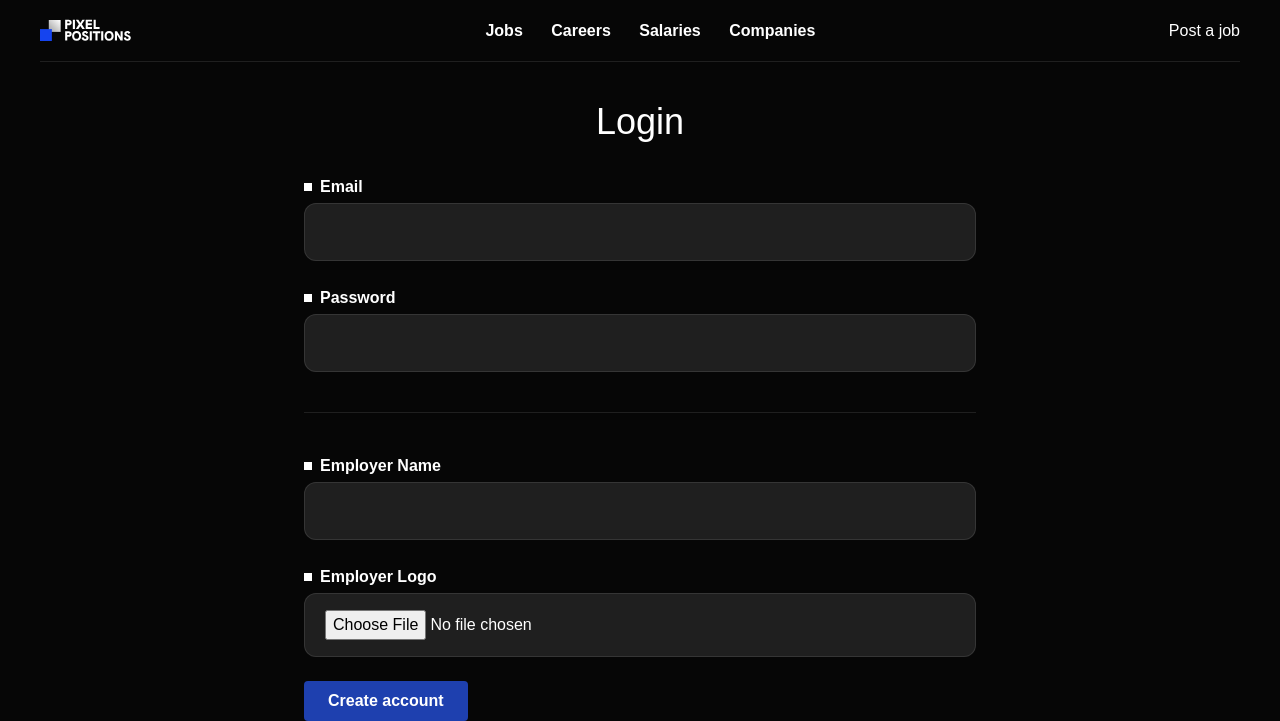
Repository: aggepap/pixel-positions-laravel
Page: http://localhost/login
The author's editor kept a copy of each file at every save. The page is drawn from the files as they stood at one save, then again after the next save.
The browser window is 1280 px wide. The pictures show the whole page.
Some web fonts or font styles are not loaded; a fallback is used. The page is served by the project's Laravel application, run on PHP 8.4 with Laravel 12. Other server files are loaded and not shown. Style sheets and scripts are compiled from the project's sources, by tool versions that may differ from the author's.

Above is the page before, as saved 2025-02-22 21:33:24.

### routes/web.php
<?php

use App\Http\Controllers\AuthenticatedSessionController;
use App\Http\Controllers\JobController;
use App\Http\Controllers\RegisteredUserController;
use Illuminate\Support\Facades\Route;

Route::get('/', [JobController::class, 'index'])->name('home');
Route::get('/register', [RegisteredUserController::class, 'create']);
Route::post('/register', [RegisteredUserController::class, 'store']);

Route::get('/login', [AuthenticatedSessionController::class, 'create']);
Route::post('/login', [AuthenticatedSessionController::class, 'store']);
Route::delete('/logout', [AuthenticatedSessionController::class, 'destroy']);

### app/Http/Controllers/AuthenticatedSessionController.php
<?php

namespace App\Http\Controllers;

use Illuminate\Http\Request;

class AuthenticatedSessionController extends Controller
{
    public function create()
    {
        return view('auth.login');
    }
    public function store(Request $request)
    {
        $credentials = $request->validate([
            'email' => 'required|string|email',
            'password' => 'required|string',
        ]);
        if (auth()->attempt($credentials)) {
            $request->session()->regenerate();
            return redirect('/');
        }
        return back()->withErrors([
            'email' => 'The provided credentials do not match our records.',
        ]);
    }
    public function destroy(Request $request)
    {
        auth()->logout();
        $request->session()->invalidate();
        $request->session()->regenerateToken();
        return redirect('/');
    }
}

### resources/views/auth/login.blade.php
<x-layout>
  <x-page-heading>Login</x-page-heading>

  <x-forms.form method="POST" action="/login">

    <x-forms.input label="Email" type="email" name="email" />
    <x-forms.input label="Password" type="password" name="password" />


    <x-forms.divider />

    <x-forms.input label="Employer Name" type="text" name="employer" />
    <x-forms.input label="Employer Logo" type="file" name="logo" />
    <x-forms.button>Create account</x-forms.button>
  </x-form.form>
    </x-layout>

### resources/views/components/page-heading.blade.php

<h1 class="font-bold, text-center text-4xl mb-8">{{$slot}}</h1>

### resources/views/components/forms/label.blade.php
@props(['name', 'label'])

<div class="inline-flex items-center gap-2">
    <span class="w-2 h-2 bg-white inline-block"></span>
    <label class="font-bold" for="{{ $name }}">{{ $label }}</label>
</div>

### resources/views/components/forms/button.blade.php
<button {{ $attributes(['class' => 'bg-blue-800 rounded py-2 px-6 font-bold']) }}>{{ $slot }}</button>

### resources/views/components/layout.blade.php
<!DOCTYPE html>
<html lang="en">
<head>
  <meta charset="UTF-8">
  <meta name="viewport" content="width=device-width, initial-scale=1.0">
  <title>Pixel Positions</title>
  <link rel="preconnect" href="https://fonts.googleapis.com">
<link rel="preconnect" href="https://fonts.gstatic.com" crossorigin>
<link href="https://fonts.googleapis.com/css2?family=Hanken+Grotesk:ital,wght@400;500;600&display=swap" rel="stylesheet">
  @vite(['resources/js/app.js', 'resources/css/app.css'])
</head>
<body class="bg-black text-white font-hanken">
  <div class="px-10">
    <nav class="flex justify-between items-center py-4 border-b border-white/10">
      <div class="">
        <a href="/"> <img src="{{Vite::asset('resources/images/logo.svg')}}" alt="Logo"></a>

      </div>
      <div class="space-x-6 font-bold"><a href="#">Jobs</a>
      <a href="#">Careers</a>
      <a href="#">Salaries</a>
       <a href="#">Companies</a>
      </div>
      <div class=""><a href="#">Post a job</a></div>
    </nav>
    <main class="mt-10 max-w-[986px] mx-auto">{{$slot}}</main>
  </div>
</body>
</html>

### resources/images/logo.svg
<svg width="92" height="29" viewBox="0 0 92 29" fill="none" xmlns="http://www.w3.org/2000/svg">
    <path fill="url(#eq4u6l1jfa)" d="M8.787 4.021h11.877v11.877H8.787z"/>
    <path fill="#1544EF" d="M0 13.107h11.877v11.877H0z"/>
    <path d="M25.16 13V3.653h3.285c2.159 0 3.245.899 3.245 2.75 0 1.863-1.113 2.842-3.245 2.842H27.25V13H25.16zm2.091-5.686h.979c.858 0 1.354-.134 1.354-.885 0-.71-.429-.845-1.354-.845h-.979v1.73zM32.846 13V3.653h2.106V13h-2.106zm2.988 0 3.044-4.64-3.057-4.707h2.521L40.34 6.9l1.998-3.246h2.508L41.788 8.36 44.846 13h-2.521l-1.998-3.124L38.355 13h-2.52zm9.872 0V3.653h6.276v1.931h-4.17v1.61h3.969v1.944h-3.97v1.931h4.17V13h-6.275zm7.936 0V3.653h2.105v7.416h3.836V13h-5.941zM25.16 24.574v-9.347h3.285c2.159 0 3.245.898 3.245 2.75 0 1.863-1.113 2.842-3.245 2.842H27.25v3.755H25.16zm2.091-5.686h.979c.858 0 1.354-.134 1.354-.885 0-.71-.429-.845-1.354-.845h-.979v1.73zm9.367 5.927c-2.71 0-4.573-1.971-4.573-4.908 0-2.95 1.864-4.921 4.573-4.921 2.735 0 4.586 1.957 4.586 4.921 0 2.95-1.878 4.908-4.586 4.908zm0-2.011c1.515 0 2.467-1.113 2.467-2.897 0-1.797-.952-2.91-2.467-2.91-1.502 0-2.468 1.086-2.468 2.91 0 1.81.966 2.897 2.468 2.897zm8.63 1.97c-1.944 0-3.472-1.166-3.754-2.95l2.092-.522c.094 1.1.764 1.609 1.703 1.609.684 0 1.247-.335 1.247-1.046 0-.43-.429-.751-1.65-1.247-1.997-.805-2.721-1.542-2.721-2.977 0-1.556 1.22-2.655 3.057-2.655 1.3 0 2.347.603 2.95 1.81l-1.743 1.086c-.282-.684-.738-1.032-1.274-1.032-.483 0-.885.308-.885.75 0 .456.362.778 1.703 1.301 2.011.778 2.655 1.449 2.655 2.776 0 1.85-1.475 3.098-3.38 3.098zm4.478-.2v-9.347h2.106v9.347h-2.106zm5.724 0v-7.416h-2.736v-1.931h7.59v1.931h-2.722v7.416H55.45zm5.735 0v-9.347h2.105v9.347h-2.105zm7.91.241c-2.71 0-4.573-1.971-4.573-4.908 0-2.95 1.864-4.921 4.573-4.921 2.735 0 4.586 1.957 4.586 4.921 0 2.95-1.878 4.908-4.586 4.908zm0-2.011c1.515 0 2.467-1.113 2.467-2.897 0-1.797-.952-2.91-2.467-2.91-1.502 0-2.468 1.086-2.468 2.91 0 1.81.966 2.897 2.468 2.897zm11.487-7.577h2.105v9.347h-2.159l-3.513-5.726v5.726h-2.106v-9.347h2.146l3.527 5.7v-5.7zm6.848 9.548c-1.945 0-3.473-1.167-3.755-2.95l2.092-.523c.094 1.1.764 1.609 1.703 1.609.684 0 1.247-.335 1.247-1.046 0-.43-.429-.751-1.65-1.247-1.997-.805-2.721-1.542-2.721-2.977 0-1.556 1.22-2.655 3.057-2.655 1.3 0 2.347.603 2.95 1.81l-1.743 1.086c-.282-.684-.738-1.032-1.274-1.032-.483 0-.885.308-.885.75 0 .456.362.778 1.703 1.301 2.011.778 2.655 1.449 2.655 2.776 0 1.85-1.475 3.098-3.38 3.098z" fill="#fff"/>
    <defs>
        <linearGradient id="eq4u6l1jfa" x1="20.5" y1="4" x2="8" y2="16.5" gradientUnits="userSpaceOnUse">
            <stop stop-color="#fff"/>
            <stop offset="1" stop-color="#999"/>
        </linearGradient>
    </defs>
</svg>

### tailwind.config.js
import defaultTheme from "tailwindcss/defaultTheme";

/** @type {import('tailwindcss').Config} */
export default {
    content: [
        "./vendor/laravel/framework/src/Illuminate/Pagination/resources/views/*.blade.php",
        "./storage/framework/views/*.php",
        "./resources/**/*.blade.php",
        "./resources/**/*.js",
        "./resources/**/*.vue",
    ],
    theme: {
        extend: {
            fontFamily: {
                sans: ["Figtree", ...defaultTheme.fontFamily.sans],
            },
            colors: {
                black: "#060606",
            },
            fontFamily: {
                hanken: ["Hanken", "sans-serif"],
            },
            fontSize: {
                "2xs": "0.625rem",
            },
        },
    },
    plugins: [],
};

Loaded but not shown: app/Providers/AppServiceProvider.php (common file); app/Http/Controllers/Controller.php (common file); resources/views/components/forms/input.blade.php (common file); resources/views/components/forms/field.blade.php (common file); resources/views/components/forms/error.blade.php (common file); resources/views/components/forms/divider.blade.php (common file); resources/views/components/forms/form.blade.php (common file); resources/css/app.css (common file)

After the next save:
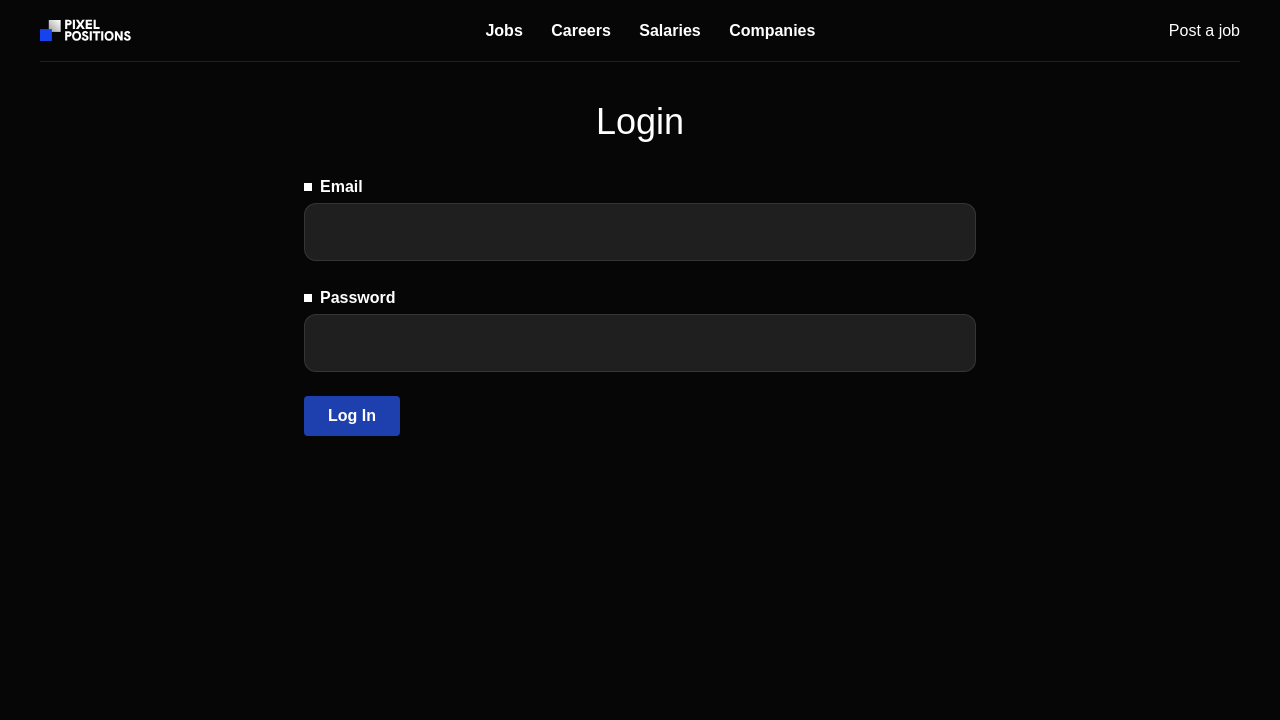
Saved 18 s later.
--- a/resources/views/auth/login.blade.php
+++ b/resources/views/auth/login.blade.php
@@ -2,15 +2,8 @@
   <x-page-heading>Login</x-page-heading>
 
   <x-forms.form method="POST" action="/login">
-
     <x-forms.input label="Email" type="email" name="email" />
     <x-forms.input label="Password" type="password" name="password" />
-
-
-    <x-forms.divider />
-
-    <x-forms.input label="Employer Name" type="text" name="employer" />
-    <x-forms.input label="Employer Logo" type="file" name="logo" />
-    <x-forms.button>Create account</x-forms.button>
+    <x-forms.button>Log In</x-forms.button>
   </x-form.form>
     </x-layout>
